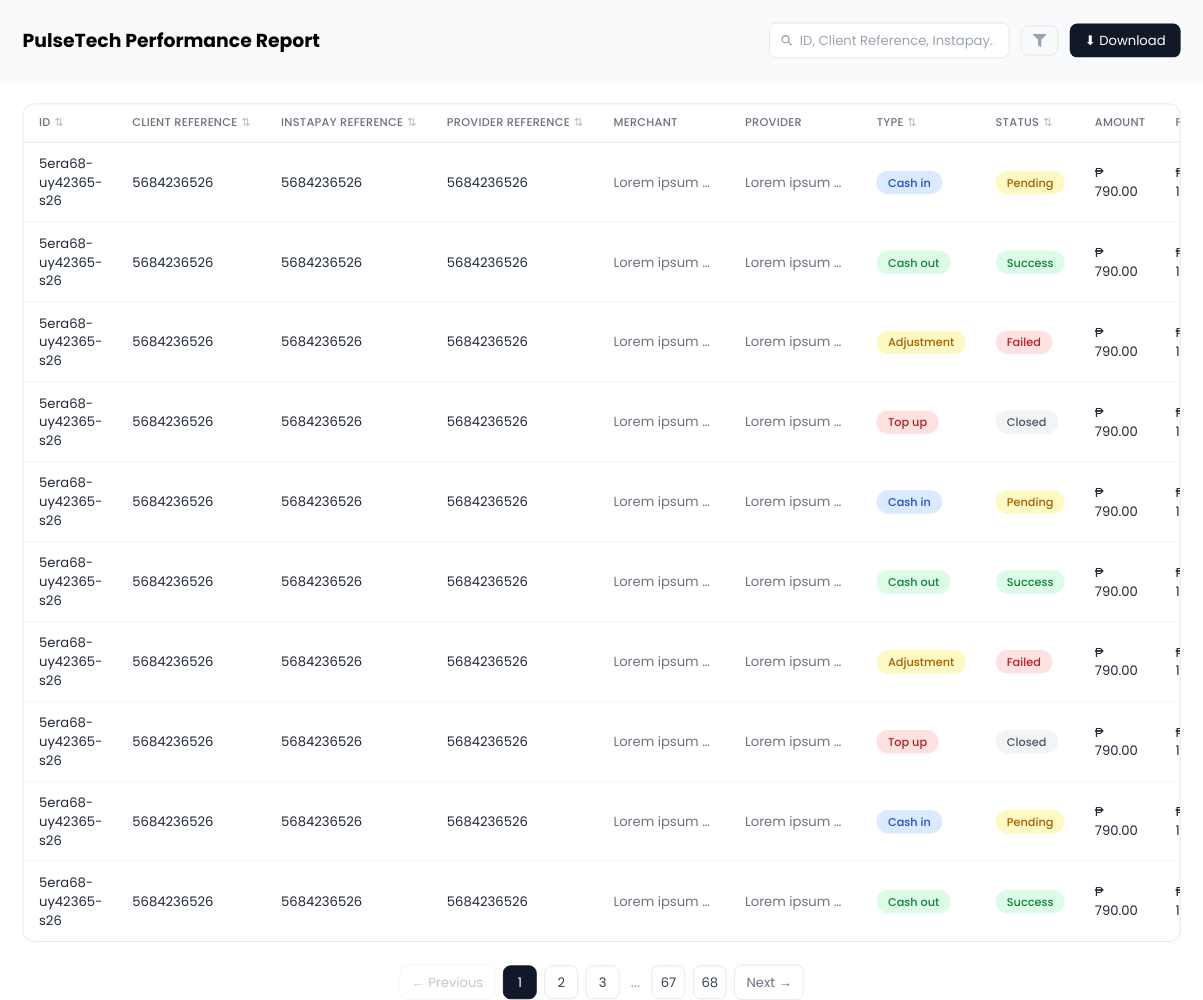
Repository: ShyrineJardin/pulse_admin
Page: /dashboard
These files come from the project's save history. The page is drawn as it stood at one moment and after the next save; the edit follows.
The browser window is 1280 px wide. The pictures show the whole page, at 94% of full size.
The project was rebuilt for these pictures with package versions that can differ from the ones it lists, and the page was loaded fresh each time. Also part of the build but not shown: src/components/Login.jsx.

Above is the page before, as saved 2026-03-26 15:09:52.

After the next save:
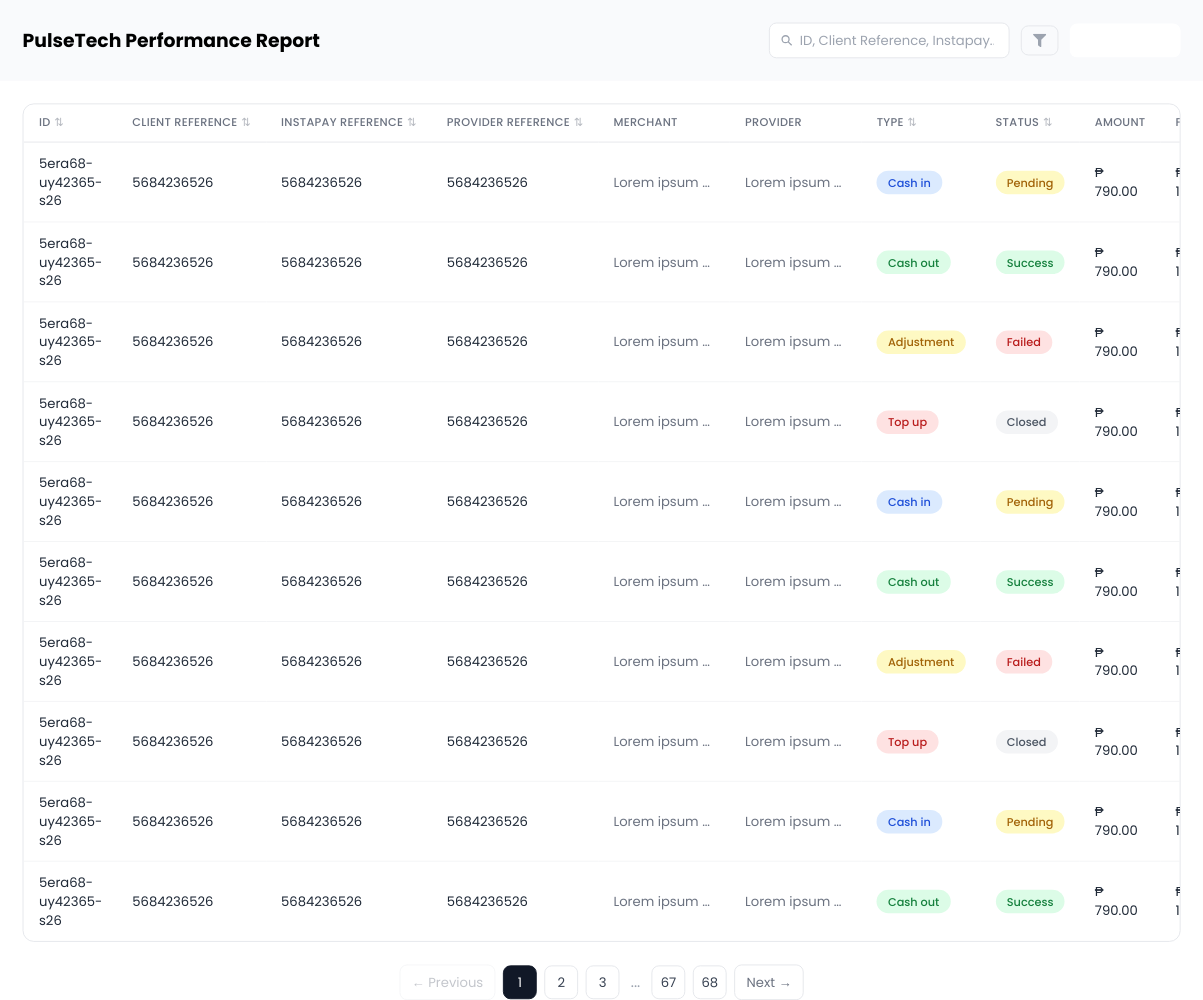
Saved 17 s later.
--- a/src/components/Dashboard.jsx
+++ b/src/components/Dashboard.jsx
@@ -115,7 +115,7 @@
           <button className="flex items-center gap-2 px-3 py-2 text-sm border border-gray-200 rounded-lg text-gray-600 hover:bg-gray-50">
             <FaFilter className="text-gray-400" />
           </button>
-          <button className="flex items-center gap-2 px-4 py-2 text-sm bg-gray-900 text-white rounded-lg hover:bg-gray-800">
+          <button className="flex items-center gap-2 px-4 py-2 text-sm bg-gray-900 text-white bg-white rounded-lg hover:bg-gray-800">
             ⬇ Download
           </button>
         </div>

After the save that followed:
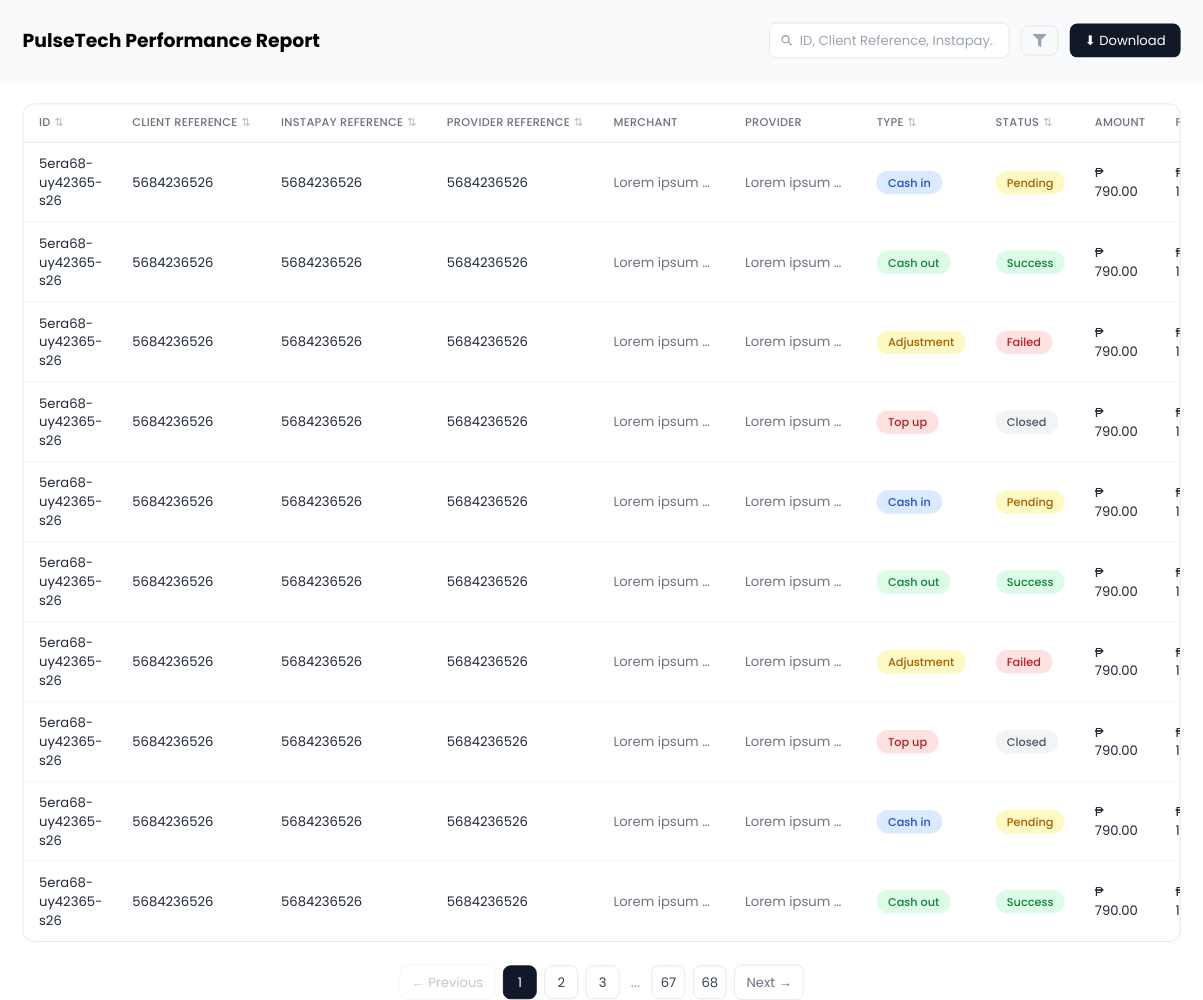
Saved 10 s later.
--- a/src/components/Dashboard.jsx
+++ b/src/components/Dashboard.jsx
@@ -115,7 +115,7 @@
           <button className="flex items-center gap-2 px-3 py-2 text-sm border border-gray-200 rounded-lg text-gray-600 hover:bg-gray-50">
             <FaFilter className="text-gray-400" />
           </button>
-          <button className="flex items-center gap-2 px-4 py-2 text-sm bg-gray-900 text-white bg-white rounded-lg hover:bg-gray-800">
+          <button className="flex items-center gap-2 px-4 py-2 text-sm bg-gray-900 text-white rounded-lg hover:bg-gray-800">
             ⬇ Download
           </button>
         </div>
